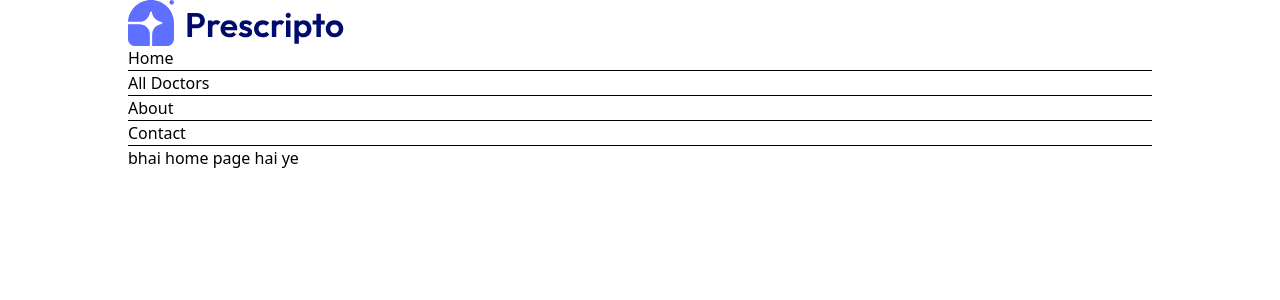
Repository: Pran2535/appointement_booking
Page: / (app in frontend/)
The author's editor kept a copy of each file at every save. The page is drawn from the files as they stood at one save, then again after the next save.
The browser window is 1280 px wide. The pictures show the whole page.
The project was rebuilt for these pictures with package versions that can differ from the ones it lists, and the page was loaded fresh each time. Also part of the build but not shown: frontend/vite.config.js, frontend/src/pages/About.jsx, frontend/src/pages/MyAppointments.jsx, frontend/src/pages/Doctors.jsx, frontend/src/pages/Login.jsx, frontend/src/pages/Contact.jsx, frontend/src/pages/MyProfile.jsx, frontend/src/pages/Appointment.jsx.

Above is the page before, as saved 2025-02-14 21:07:29.

After the next save:
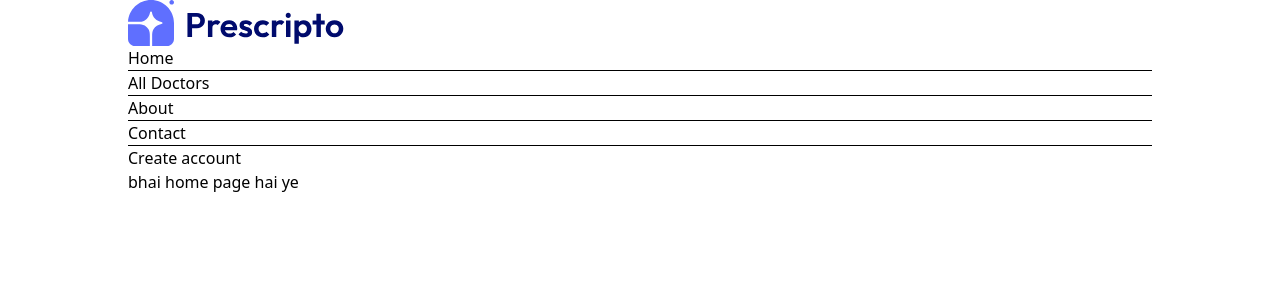
Saved 42 s later.
--- a/frontend/src/components/Navbar.jsx
+++ b/frontend/src/components/Navbar.jsx
@@ -18,6 +18,9 @@ const Navbar = () => {
 
             </NavLink>
         </ul>
+        <div className="">
+            <button>Create account</button>
+        </div>
     </div>
   )
 }
